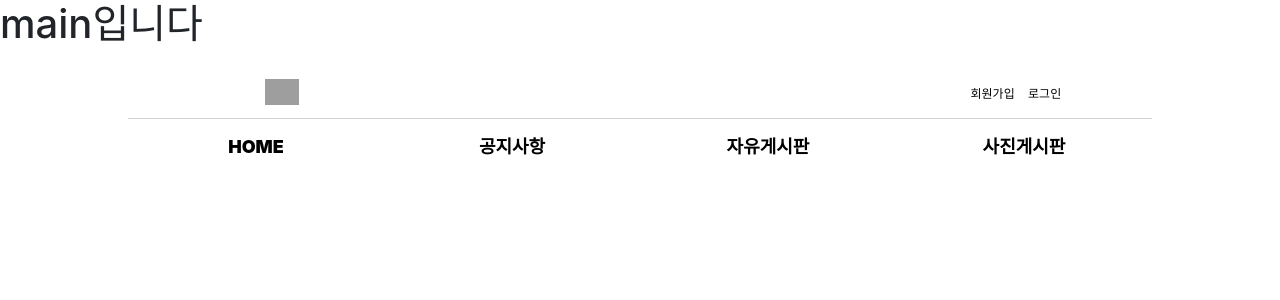
Repository: jsj0345/spring-member-board
Page: http://localhost/springProject/
These files come from the project's save history. The page is drawn as it stood at one moment and after the next save; the edit follows.
The browser window is 1280 px wide. The pictures show the whole page.
Pictures or frames that could not be fetched are drawn as grey boxes. The page is served by Tomcat 9. Nobody is signed in. The application's start-up code is not run.

Above is the page before, as saved 2025-12-01 06:37:36.

After the next save:
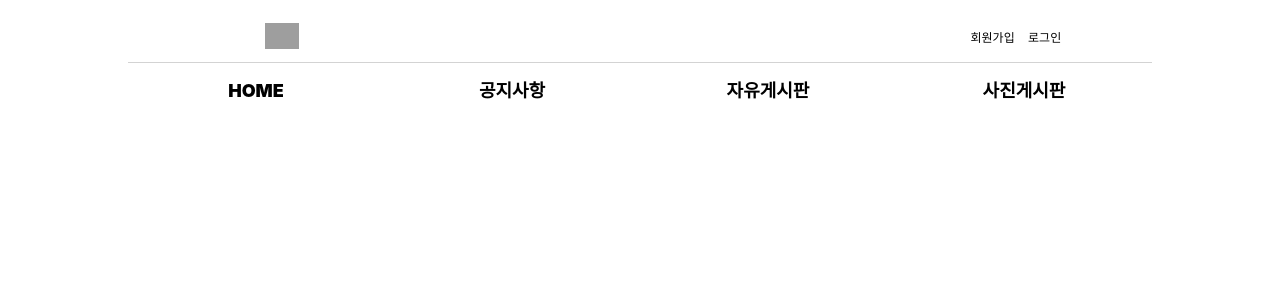
Saved 46 s later.
--- a/springProject/src/main/webapp/WEB-INF/views/main.jsp
+++ b/springProject/src/main/webapp/WEB-INF/views/main.jsp
@@ -8,7 +8,7 @@
 </head>
 <body>
 
-   <h1>main입니다</h1>
+
 
    <%@include file="/WEB-INF/views/common/menubar.jsp"%>
 
